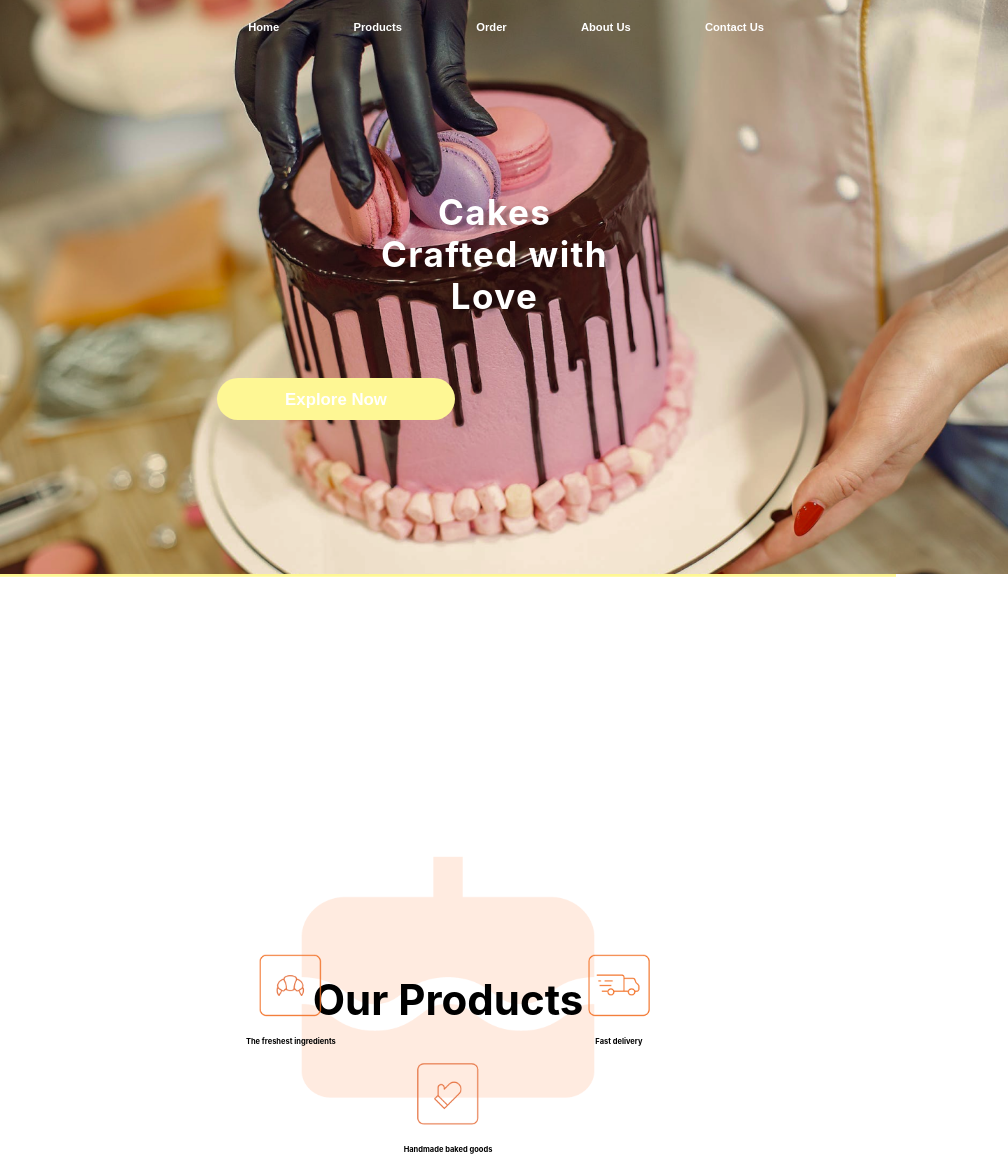
Repository: MEROO1010/cake-box
Page: /
These files come from the project's save history. The page is drawn as it stood at one moment and after the next save; the edit follows.
The browser window is 1280 px wide. The page is 1440 px wide, so the pictures cover 1440 px, including what lies to the right of the window. The pictures show the whole page, at 70% of full size.
The project was rebuilt for these pictures with package versions that can differ from the ones it lists, and the page was loaded fresh each time.

Above is the page before, as saved 2023-11-09 12:25:29.

### src/App.js
import './App.css';
import HomePage from './components/HomePage';
import Products from './components/Products';

function App() {
  return (
    <div className="App">
      <HomePage/>
      <Products/>
    </div>
  );
}

export default App;

### src/components/HomePage.jsx
import React from 'react';
import homePageImage from '../images/HomePage.png';
import logo from '../images/cake box.png'
import styled from 'styled-components';

const HomePage = () => {
  return (
    <Container>
      <IMAGE>
        <img src={homePageImage} alt='Home Page' />
      </IMAGE>

      {/*add the logo*/}
      <LOGO>
        <img src={logo} alt="logo design" />
      </LOGO>

      {/*Add the header*/}
      <ListWrapper>
      <ul>
        <ListItem>
          <ListLink href="#">Home</ListLink>
        </ListItem>
        <ListItem>
          <ListLink href="#">Products</ListLink>
        </ListItem>
        <ListItem>
          <ListLink href="#">Order</ListLink>
        </ListItem>
        <ListItem>
          <ListLink href="#">About Us</ListLink>
        </ListItem>
        <ListItem>
          <ListLink href="#">Contact Us</ListLink>
        </ListItem>
      </ul>
    </ListWrapper>


      {/*Add the h1*/}
      <MainTitle>
      <div>
        <h1>Cakes Crafted with Love</h1>
      </div>
      </MainTitle>

      {/*Add the Button*/}
      <ExploreNow>
        <button>Explore Now</button>
      </ExploreNow>
    </Container>
  );
};

export default HomePage;

const Container = styled.div`
`

const IMAGE = styled.div`
 max-width:100%;
 width: 100%;
 height: 100%;
 background-size: cover;
 background-position: center;
 background-repeat: no-repeat;
 background-color:#FEF794;
`

const LOGO = styled.div `
   position: absolute;
  top: 16px;
  right: 860px;
  padding-left:40px;
  width: 1015px;
  height: 519px;
  object-fit: cover;
`

const ListWrapper = styled.div`
  font-family: Arial, sans-serif;
  font-weight: bold;
  margin: 0;
  padding: 0;
  position: absolute;
  top: 0;
  left: 0;
  width: 100%;
`;

const ListItem = styled.li`
  list-style: none;
  display: inline-block;
  margin-right: 80px;
  padding-left:6px;
  top:14px;
  left:100px;
  position: relative;
`;

const ListLink = styled.a`
  text-decoration: none;
  color: #fff;
  padding: 5px 10px;


  &:hover {
    color: #FEF794;
  }
`;

const MainTitle = styled.div `
position: absolute;
  top: 240px;
  left: 533px;
  font-size: 25px;
  letter-spacing: 0.08em;
  font-weight: 800;
  color: #fff;
  display: inline-block;
  width: 347px;
  text-shadow: 9px 4px 4px rgba(0, 0, 0, 0.25);

`

const ExploreNow = styled.div`
  button{
    position: absolute;
    margin:500px 620px ;
    top:40px;
    right:10px;
    color:black;
    width:340px;
    height:60px;
    border-radius:40px;
    background-color:#FEF794;
    border:none;
    font-size:24px;
    font-weight:bold;
    color:white;
    cursor: pointer;
  }
`;

### src/components/Products.jsx
import React from 'react'
import styled from 'styled-components';
import CAKEVECTOR from '../images/cake_vector.png'
import CROISSANT from '../images/croissant.png'
import CAR from '../images/car.png'
import GLAVES from '../images/glaves.png'



const Products = () => {
  return (
    <Container>
      <CakeVector>
         <img src={CAKEVECTOR} alt=''/>
         <h1>Our Products</h1>
      </CakeVector>

      <FirstList>
        <ul>
            <li>
                <img src={CROISSANT} alt=''/>
                <h6>The freshest ingredients</h6>
            </li>

            <li>
                <img src={CAR} alt=''/>
                <h6>Fast delivery</h6>
            </li>

            <li>
                <img src={GLAVES} alt=''/>
                <h6>Handmade baked goods</h6>
            </li>
        </ul>
      </FirstList>
    </Container>
  )
}

export default Products;


const Container = styled.div`
`

const CakeVector = styled.div`
  img{
    position: relative;
    top: 400px;
  }

  h1{
    position: relative;
    font-size:60px;
    top:180px;
  }

`

const FirstList = styled.div `
  li{
    position:relative;
    list-style: none;
  display: inline-block;
  margin-left:60px;
  padding-left:300px;
  right:200px;
  top:40px;
  }
`

Loaded but not shown: public/index.html (common file); src/index.js (common file); src/index.css (common file); src/App.css (common file)

After the next save:
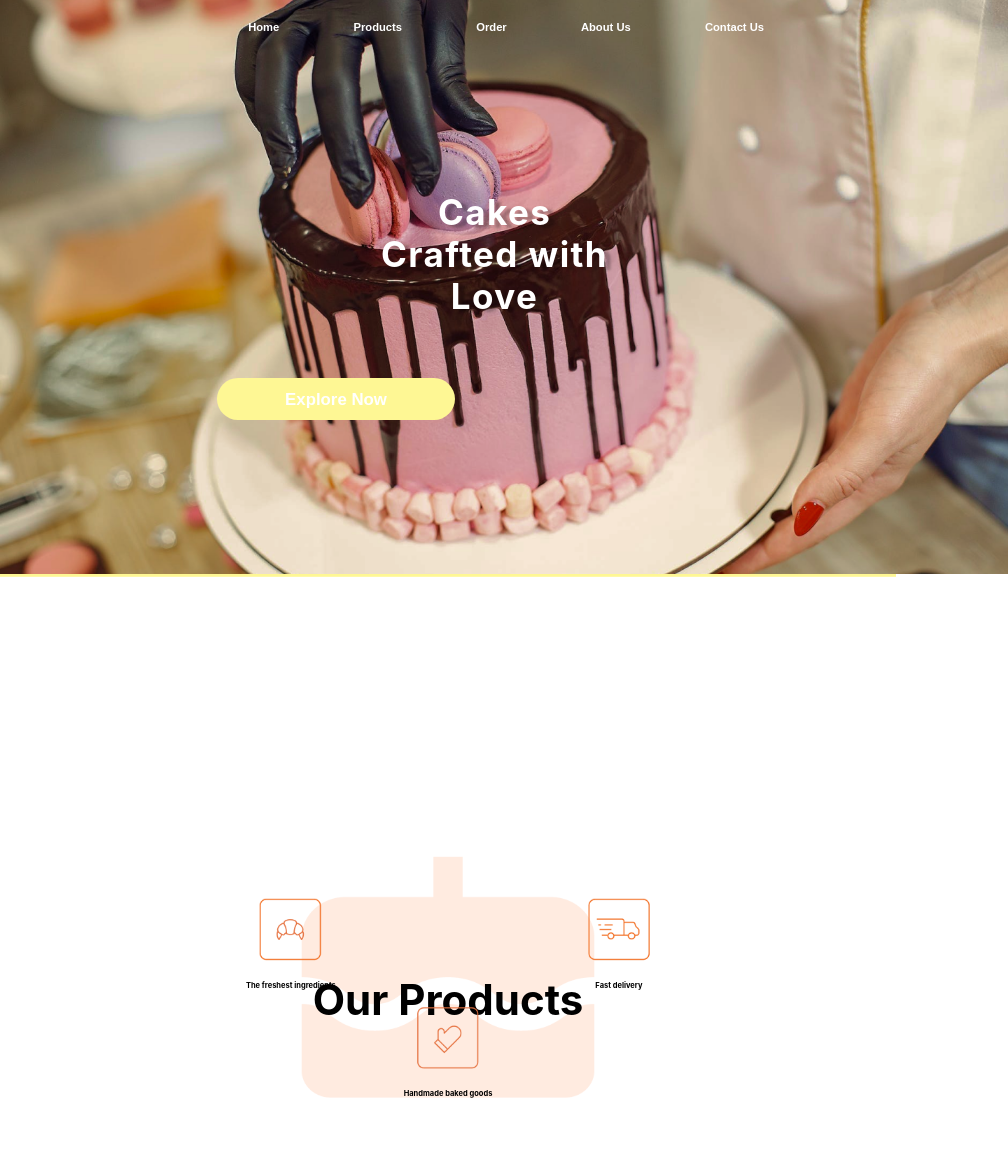
Saved 5 s later.
--- a/src/components/Products.jsx
+++ b/src/components/Products.jsx
@@ -65,6 +65,6 @@
   margin-left:60px;
   padding-left:300px;
   right:200px;
-  top:40px;
+  bottom:40px;
   }
 `
